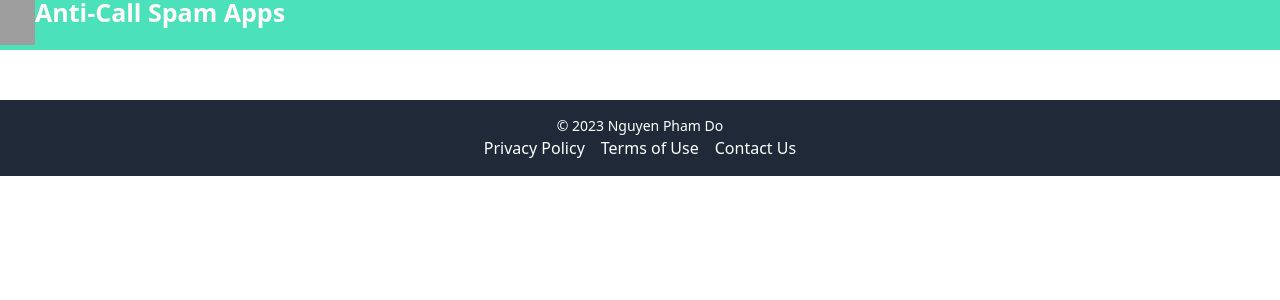
Repository: NPham1402/Web-user-callSpamBlocker
Page: /detail
The author's editor kept a copy of each file at every save. The page is drawn from the files as they stood at one save, then again after the next save.
The browser window is 1280 px wide. The pictures show the whole page.
Pictures or frames that could not be fetched are drawn as grey boxes. The project was rebuilt for these pictures with package versions that can differ from the ones it lists, and the page was loaded fresh each time. The framework's server and built-in components were replaced by stand-ins that run in the browser. Also part of the build but not shown: next.config.js.

Above is the page before, as saved 2023-02-09 20:43:58.

After the next save:
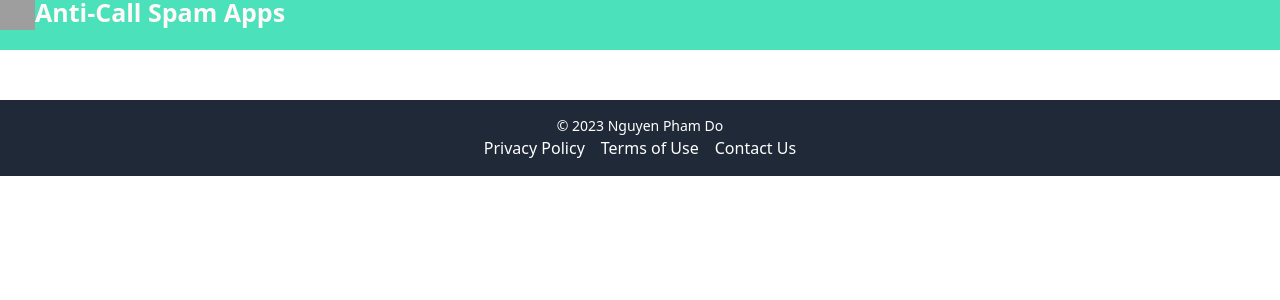
Saved 5 s later.
--- a/pages/detail.js
+++ b/pages/detail.js
@@ -20,7 +20,7 @@
         <div className="w-100 flex flex-row h-[50px] bg-[#4BE1BA]">
           <img
             src="https://static.callblocker.org/img/logo.png"
-            className=" w-[35px] h-[45px]"
+            className=" w-[35px] h-[30px]"
           />
           <p className=" leading-none font-Raleway font-semibold text-[25px] text-[#FFF8F8] ">
             Anti-Call Spam Apps

After the save that followed:
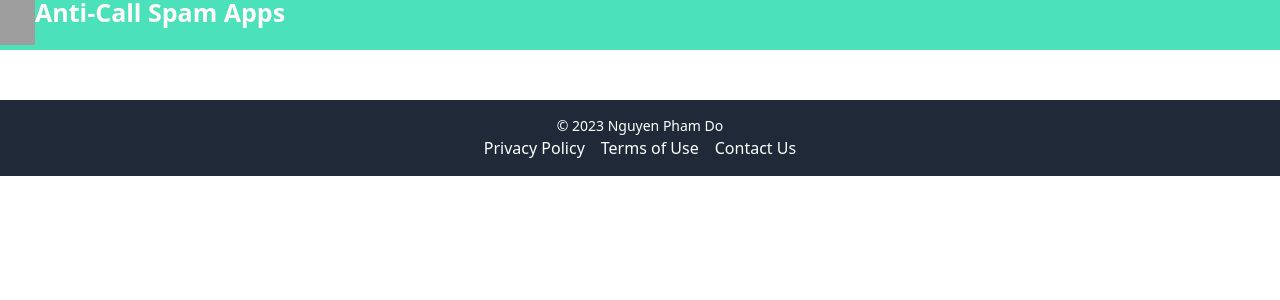
Saved 5 s later.
--- a/pages/detail.js
+++ b/pages/detail.js
@@ -20,7 +20,7 @@
         <div className="w-100 flex flex-row h-[50px] bg-[#4BE1BA]">
           <img
             src="https://static.callblocker.org/img/logo.png"
-            className=" w-[35px] h-[30px]"
+            className=" w-[35px] h-[45px]"
           />
           <p className=" leading-none font-Raleway font-semibold text-[25px] text-[#FFF8F8] ">
             Anti-Call Spam Apps
